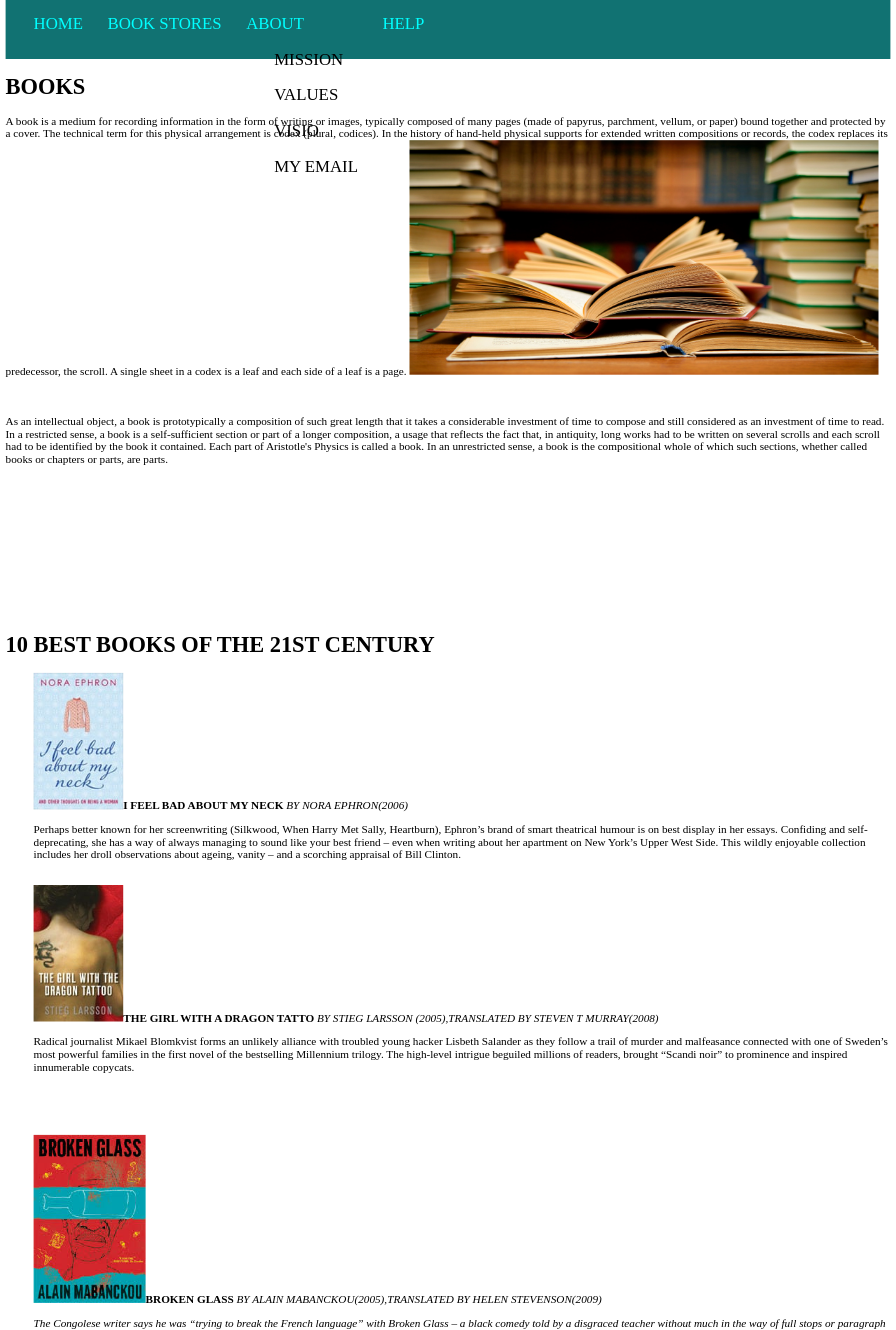
Repository: Hanan-arts/websites
Page: 01 web design/website.html
The author's editor kept a copy of each file at every save. The page is drawn from the files as they stood at one save, then again after a run of saves.
The browser window is 1280 px wide. The pictures show the part of the page from y = 566 to 2466 px (the page is 4708 px tall), at 70% of full size.
A picture or video elsewhere on the page could not be fetched, so the positions and the page height are approximate.

Above is the page before, as saved 2021-02-15 12:02:20.

### 01 web design/website.html
<!DOCTYPE html>
<html lang="en">
<head>
    <meta charset="UTF-8">
    <meta http-equiv="X-UA-Compatible" content="IE=edge">
    <meta name="viewport" content="width=device-width, initial-scale=1.0">
    <title>BOOKS WORLD</title>
</head>
<link rel="stylesheet" href="c.css">
<body>
    <div class="container">
        <img src="images.png" alt="">
        <h1>BOOKS WORLD</h1>
        <video autoplay loop muted>
            <source src="The_Joy_of_Books(720p)_210215101529.mp4">
        </video>

    </div>
    <div class="container">
        <div class="nav-wrapper">
        <div class="left-side">
            <div class="nav-link-wrapper">
                <a href="website.html">HOME</a>
            </div>
            <div class="nav-link-wrapper">
                <a href="Source.html">BOOK STORES</a>
            </div>
                <div class="nav-link-wrapper">
                    <a href="About.html">ABOUT</a>
                    <ul>mission</ul>
                    <ul>values</ul>
                    <ul>visio</ul>
                    <ul>my email</ul>
                </div>
                    <div class="nav-link-wrapper">
                        <a href="Help.html">HELP</a>
                    </div>
                </div>
            </div>
        </div>
        </div>
        </div>
    </div>
    <div class="container">



    </div>
<h1><b>BOOKS</b></h1>
<p>A book is a medium for recording information in the form of writing or images, typically composed of
many pages (made of papyrus, parchment, vellum, or paper) bound together and protected by a cover.
The technical term for this physical arrangement is codex (plural, codices). In the history of
hand-held physical supports for extended written compositions or records, the codex replaces its
predecessor, the scroll. A single sheet in a codex is a leaf and each side of a leaf is a page.
<img src="books-for-survey.jpg" ><br> <br> <br> <br>

As an intellectual object, a book is prototypically a composition of such great length that it takes
a considerable investment of time to compose and still considered as an investment of time to read.
In a restricted sense, a book is a self-sufficient section or part of a longer composition,
a usage that reflects the fact that, in antiquity, long works had to be written on several scrolls and
each scroll had to be identified by the book it contained. Each part of Aristotle's Physics is called a
book.
In an unrestricted sense, a book is the compositional whole of which such sections, whether called books
or chapters or parts,
are parts.
</body><br><br><br><br><br><br><br><br><br><br><br><br><br>

<p><b></b><h1>10 BEST BOOKS OF THE 21ST CENTURY</h1></p>
<p>
    <div>
        <ul>
            <img src="Ifeelbadaboutmyneck.jpg"
            <li><b>I FEEL BAD ABOUT MY NECK     </b> <i>BY NORA EPHRON(2006)</i>
                <p>Perhaps better known for her screenwriting (Silkwood, When Harry Met Sally, Heartburn),
                Ephron’s brand of smart theatrical humour is on best display in her essays. Confiding and
            self-deprecating, she has a way of always managing to sound like your best friend – even when
            writing about her apartment on New York’s Upper West Side. This wildly enjoyable collection includes
            her droll observations about ageing, vanity –
                    and a scorching appraisal of Bill Clinton.</p> <br>
<img src="dragontattoo.jpg"

                    <li><b>THE GIRL WITH A DRAGON TATTO   </b><I>BY STIEG LARSSON (2005),TRANSLATED BY STEVEN T MURRAY(2008)</I><p>Radical journalist Mikael Blomkvist
                        forms an unlikely alliance with troubled young hacker Lisbeth Salander as they follow a trail of
                murder and malfeasance connected with one of Sweden’s most powerful families in the first novel of
                    the bestselling Millennium trilogy. The high-level intrigue beguiled millions of readers,
                        brought “Scandi noir” to prominence and inspired innumerable copycats.</p><br><br><br><br>
    <img src="broken glass.jpg"

<li><b>BROKEN GLASS  </b><i>BY ALAIN MABANCKOU(2005),TRANSLATED BY HELEN STEVENSON(2009)
            <p>The Congolese writer says he was “trying to break the French language” with Broken Glass –
            a black comedy told by a disgraced teacher without much in the way of full stops or paragraph breaks.
            As Mabanckou’s unreliable narrator munches his “bicycle chicken” and drinks his red wine, it becomes
                clear he has the history of Congo-Brazzaville and
                the whole of French literature in his sights.</p><br><br><br><br>
    <img src="harry potter.jpg"
                <li><b>HARRY POTTER AND THE GOBLET OF FIRE </b><i>BY JK ROWLING(2000)</i></li><P>A generation grew up on Rowling’s
            all-conquering magical fantasies, but countless adults have also been enthralled by her immersive.
            Book four, the first of the doorstoppers, marks the point where the series really takes off.
            The Triwizard Tournament provides pace and tension, and Rowling makes her boy wizard look death
            in the eye for the first time.</P>
        </i></li>
        <img src="a little life.jpg"
        <li><b>A LITTLE LIFE </b><i>BY HANYA YANAGIHARA (2015)
            <P>This operatically harrowing American gay melodrama became an unlikely bestseller,
                and one of the most divisive novels of the century so far. One man’s life is blighted
                by abuse and its aftermath, but also illuminated by love and friendship. Some readers
                wept all night, some condemned it as titillating and exploitative,
                but no one could deny its power.</P>
        </i></li>
        <img src="Bob_Dylan_Chronicles.jpg"
        <li><b>CHRONICLES : VOLUME ONE  </b><i>BY BOB DYLAN(2004)</i><li>
            <P>Dylan’s reticence about his personal life is a central part of the singer-songwriter’s brand,
                so the gaps and omissions in this memoir come as no surprise. The result is both sharp and dreamy,
                sliding in and out of different phases of Dylan’s career but rooted in his earliest days as a
                Woody Guthrie wannabe in New York City.
                Fans are still waiting for volume two.</P>
        </li><img src="the tipping.jpg"
        <li><b>THE TIPPING POINT </b><I>BY MALCOLM GLADWELL(2000)</I></li>
        <p>The New Yorker staff writer examines phenomena from shoe sales to crime rates through the lens of epidemiology,
            reaching his own tipping point, when he became a rock-star intellectual and unleashed a wave of quirky studies
            contemporary society. Two decades on, Gladwell is often accused of over simplification
            and cherry picking, but his idiosyncratic bestsellers have helped shape 21st-century culture.</p>
            <img src="darkmans.jpg"
            <li><b>DARKMANS </b><i>BY NICOLA BARKER(2007)</i></li>
    <p>British fiction’s most anarchic author is as prolific as she is playful,
    but this freewheeling, visionary epic set around the Thames Gateway is her magnum opus.
    Barker brings her customary linguistic invention and wild humour to a tale about history’s hold on the present,
            as contemporary Ashford is haunted by the spirit of a medieval jester.</p>
            <li><b>THE SIEGE </b> <i>BY HELEN DUNMORE(2001)</i></li>
            <img src="the siege.jpg"
<p>The Levin family battle against starvation in this novel set during the German siege of Leningrad.
    Anna digs tank traps and dodges patrols as she scavenges for wood,
    but the hand of history is hard to escape.</p> <br><br><br><br>

<li><b>LIGHT</b> <i>BY M JOHN HARRISON</i></li>
<p>One of the most underrated prose writers demonstrates the literary firepower of
science fiction at its best. Three narrative strands – spanning far-future space opera,
contemporary unease and virtual-reality pastiche – are braided together for a breathtaking metaphysical
voyage in pursuit of the mystery at the heart of reality.</p>




            </li>
            <li></li>

        </ul>
    </div>

</p>

</html>

### 01 web design/c.css
.nav-wrapper{
    display:flex;
    justify-content: space-between;
    padding: 40px;
    background-color: rgb(17, 114, 114);
}
.left-side{
    display: flex;
}
.nav-wrapper > .left-side > div {
    margin-right: 35px;
    font-size: 1.5em;
    text-transform: uppercase;
}
.nav-link-wrapper{
    height: 23px;
    border-bottom: 1.2px solid transparent;
    transition: border-bottom 0.7s;
}
.nav-link-wrapper a {
    color: aqua;
    text-decoration: wavy;
    transition: color 0.7s;
}
.nav-link-wrapper:hover{
    border-bottom: 1.5px solid gray;
}
.nav-link-wrapper a:hover{
    color: gray;
}
<div class="section"></div>
<h1> <b>BOOKS WORLD<b><h1>
<video


.container{
    width:100%;
    height:100vh;
    background: image:linear;
gradient (rgba(0,0,0,0.7),rgba(0,0,0,0.7)),url(img: 1png;)
background position:center ;
background size:cover ;
}

After the next 4 saves:
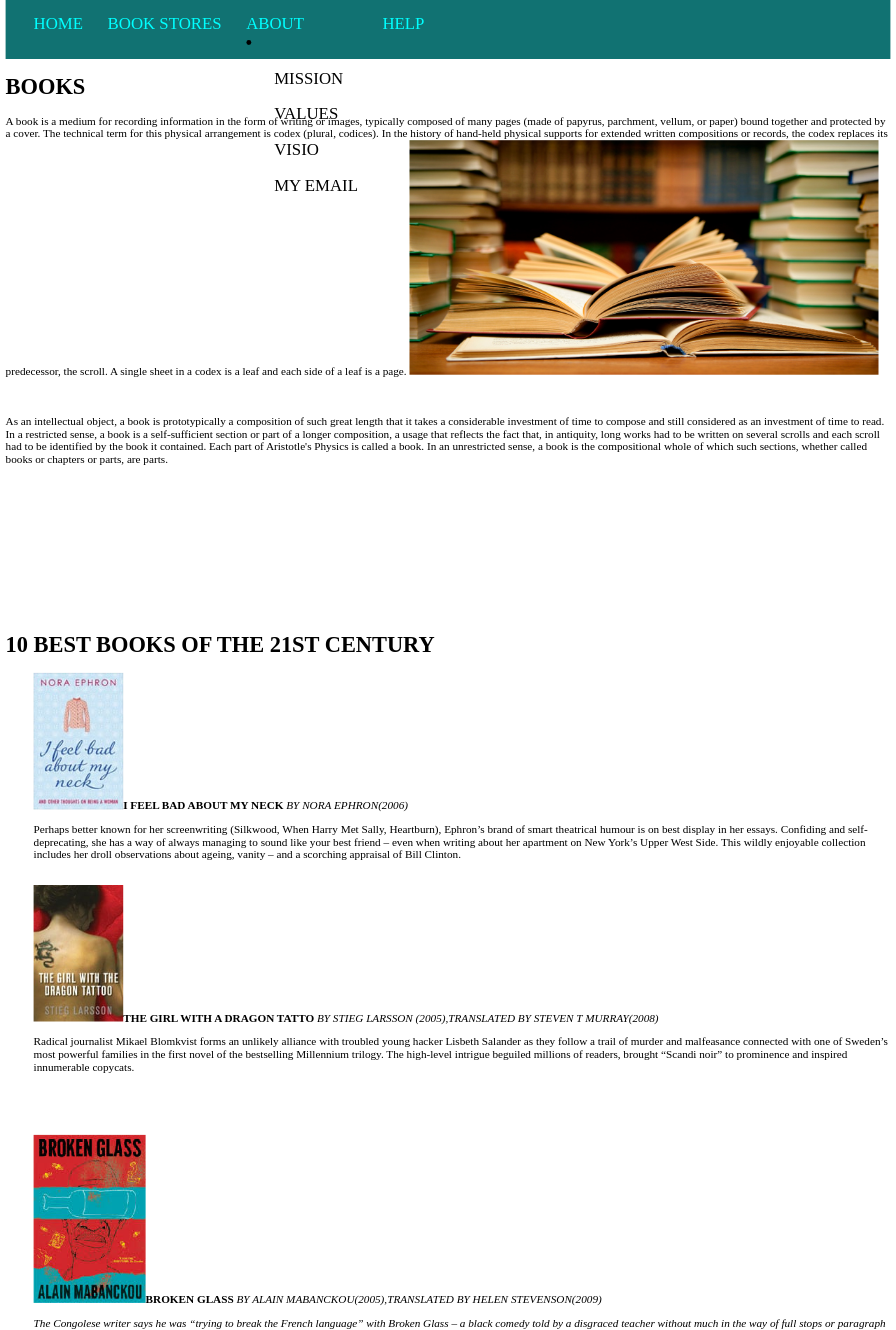
The 4 saves are shown as one change because they came seconds apart.
The last was saved 35 s later.
--- a/01 web design/website.html
+++ b/01 web design/website.html
@@ -27,7 +27,7 @@
             </div>
                 <div class="nav-link-wrapper">
                     <a href="About.html">ABOUT</a>
-                    <ul>mission</ul>
+                    <li></li><ul>mission</ul>
                     <ul>values</ul>
                     <ul>visio</ul>
                     <ul>my email</ul>
